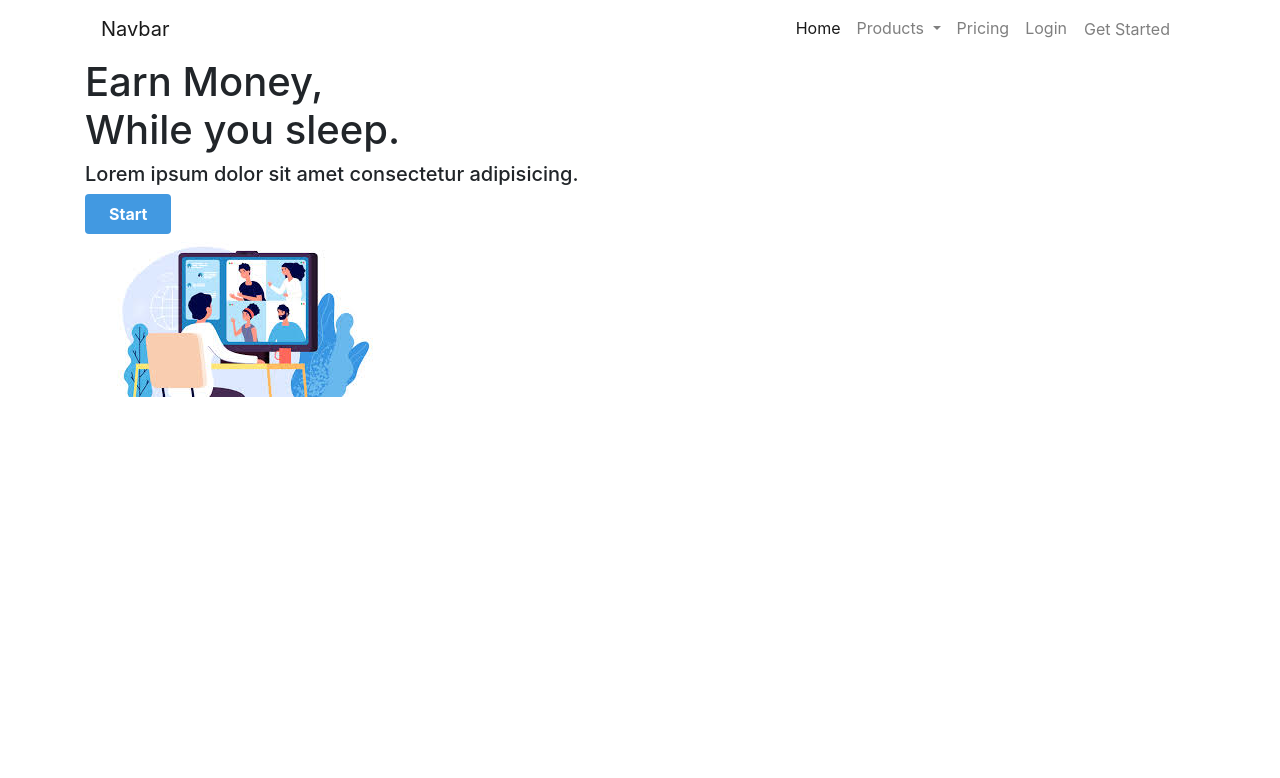
Repository: latenightsnacc/Static-Web-Projects
Page: Dunno Yet/index.html
The author's editor kept a copy of each file at every save. The page is drawn from the files as they stood at one save, then again after the next save.
The browser window is 1280 px wide. The pictures show the whole page.
The style sheet was rebuilt from its Sass, Less or Tailwind sources for each picture, by a compiler version that may differ from the author's.

Above is the page before, as saved 2020-11-10 12:36:42.

After the next save:
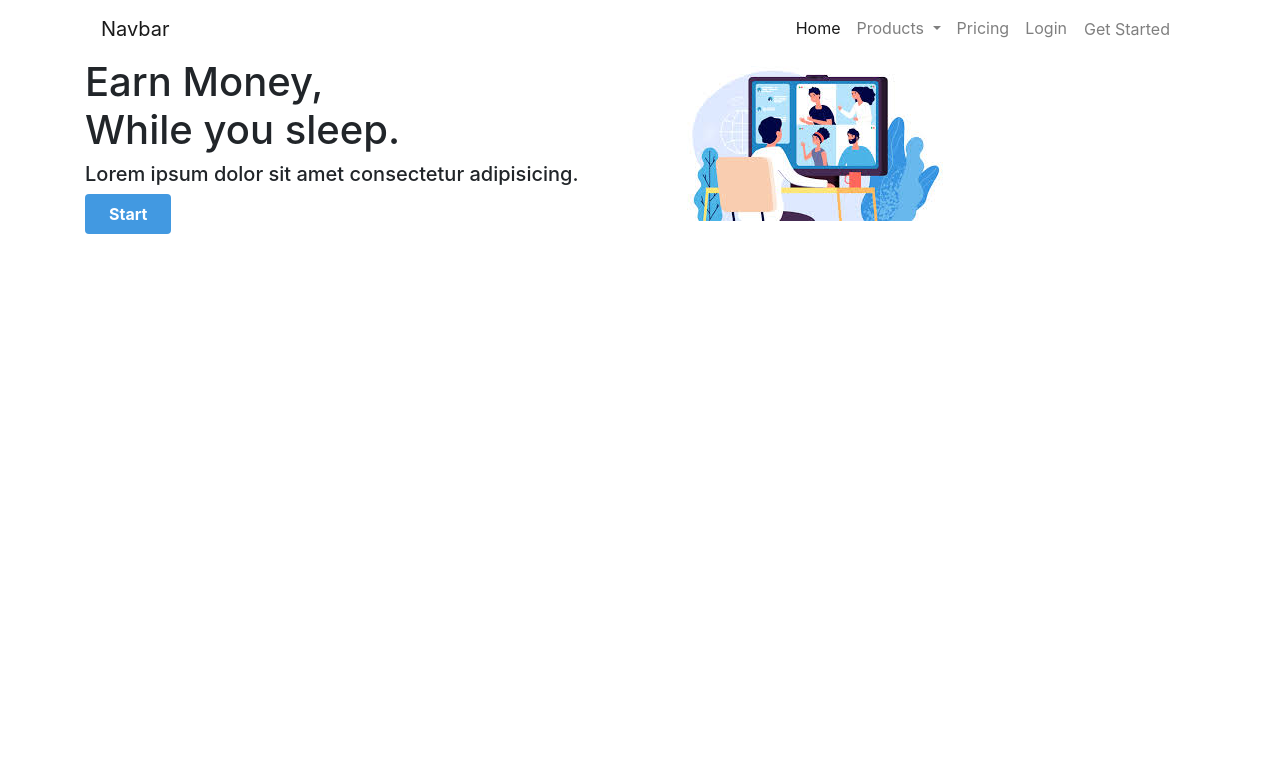
Saved 50 s later.
--- a/Dunno Yet/index.html
+++ b/Dunno Yet/index.html
@@ -60,21 +60,20 @@
     <section class="min-h-screen" id="banner">
         <div class="container">
             <div class="row">
-
-            </div>
-            <!--Banner Text-->
-            <div class="w-1/2 sm:w-full md:w-full lg:w-full xl:w-full ...">
-                <div class="text-box">
-                    <h1>Earn Money, <br/> While you sleep.</h1>
-                    <h5>Lorem ipsum dolor sit amet consectetur adipisicing.</h5>
-                    <button class="bg-blue-500 hover:bg-blue-700 text-white font-bold py-2 px-4 rounded">Start</button>
+                <!--Banner Text-->
+                <div class="col-xs-12 col-s-12 col-md-6 col-lg-6 col-xl-6">
+                    <div class="text-box">
+                        <h1>Earn Money, <br/> While you sleep.</h1>
+                        <h5>Lorem ipsum dolor sit amet consectetur adipisicing.</h5>
+                        <button class="bg-blue-500 hover:bg-blue-700 text-white font-bold py-2 px-4 rounded">Start</button>
+                    </div>
                 </div>
-            </div>
-            <!--Banner Image-->
-            <div class="w-1/2 sm:w-full md:w-full lg:w-full xl:w-full ..."">
-                <a href="#">
-                    <img src="assets/video-conferencing.jpeg" alt="banner image"/>
-                </a>
+                <!--Banner Image-->
+                <div class="col-xs-12 col-s-12 col-md-6 col-lg-6 col-xl-6">
+                    <a href="#">
+                        <img src="assets/video-conferencing.jpeg" alt="banner image"/>
+                    </a>
+                </div>
             </div>
         </div>
     </section>
